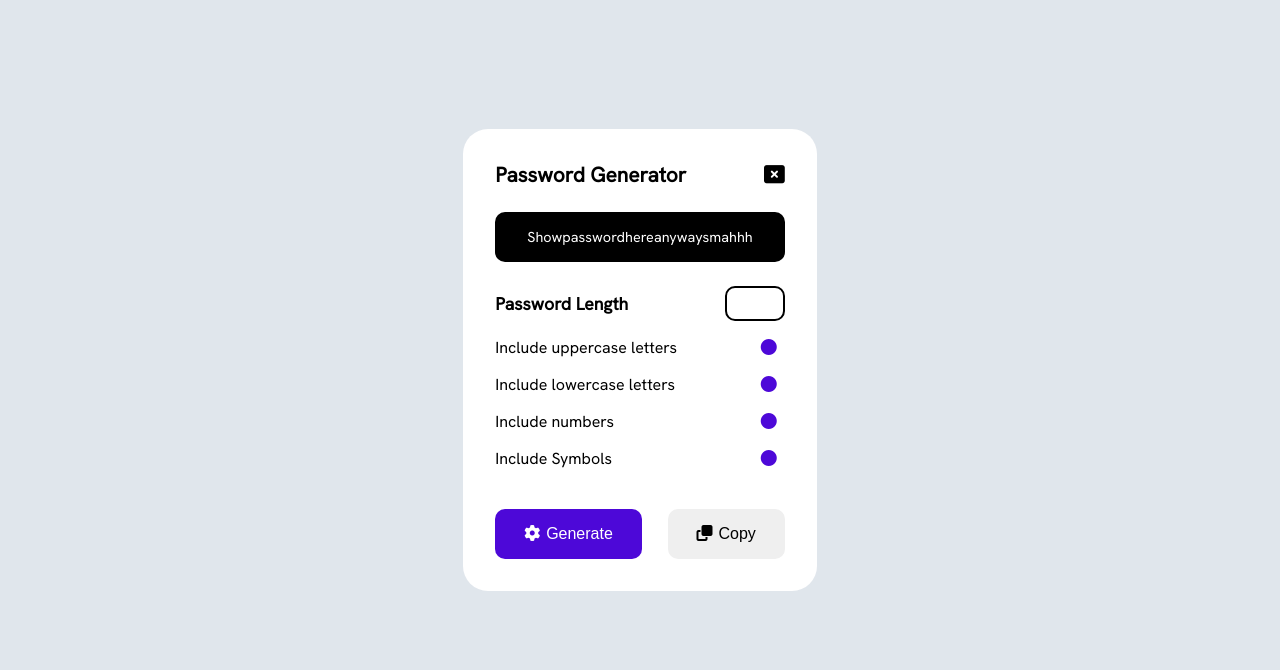
Repository: emiliaiwu/password_generator
Page: index.html
These files come from the project's save history. The page is drawn as it stood at one moment and after a run of saves; the edit follows.
The browser window is 1280 px wide. The pictures show the whole page.
Some web libraries are served in a nearby version.

Above is the page before, as saved 2022-12-14 04:50:59.

After the next 2 saves:
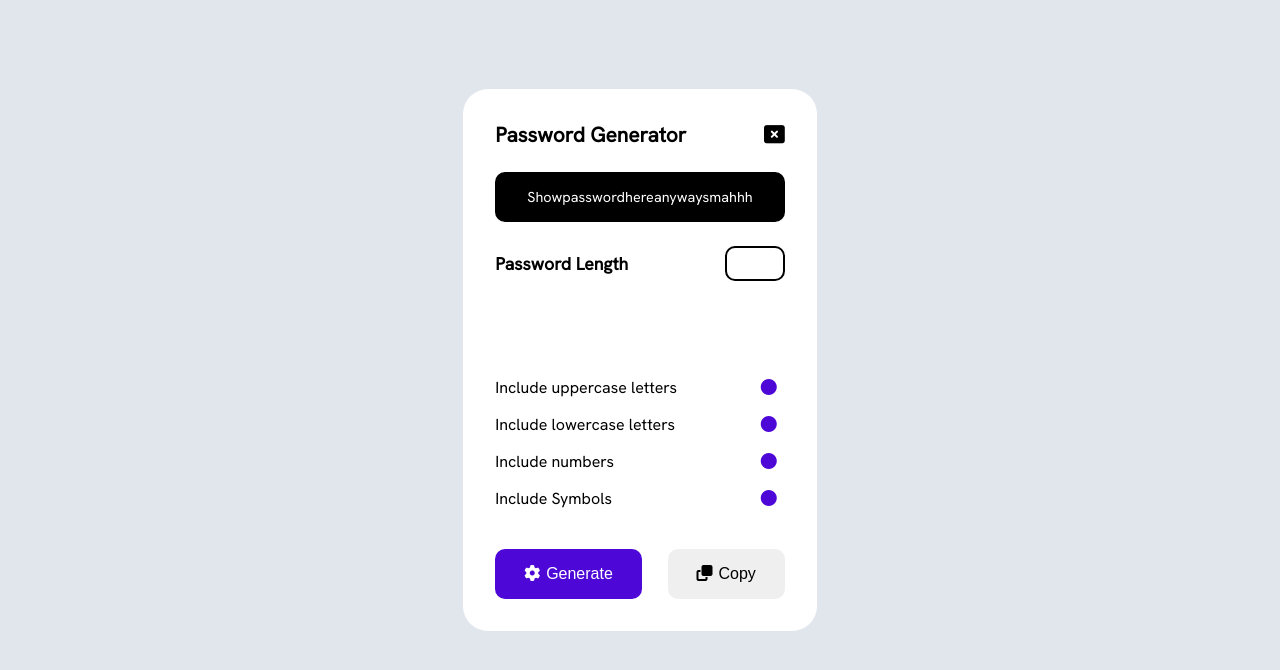
The 2 saves are shown as one change because they came seconds apart.
The last was saved 6 s later.
--- a/style.css
+++ b/style.css
@@ -75,7 +75,7 @@ label,
 }
 
 .password_length {
-    margin-bottom: 1rem;
+    margin-bottom: 6rem;
 }
 
 .password_length input[type="text"] {
